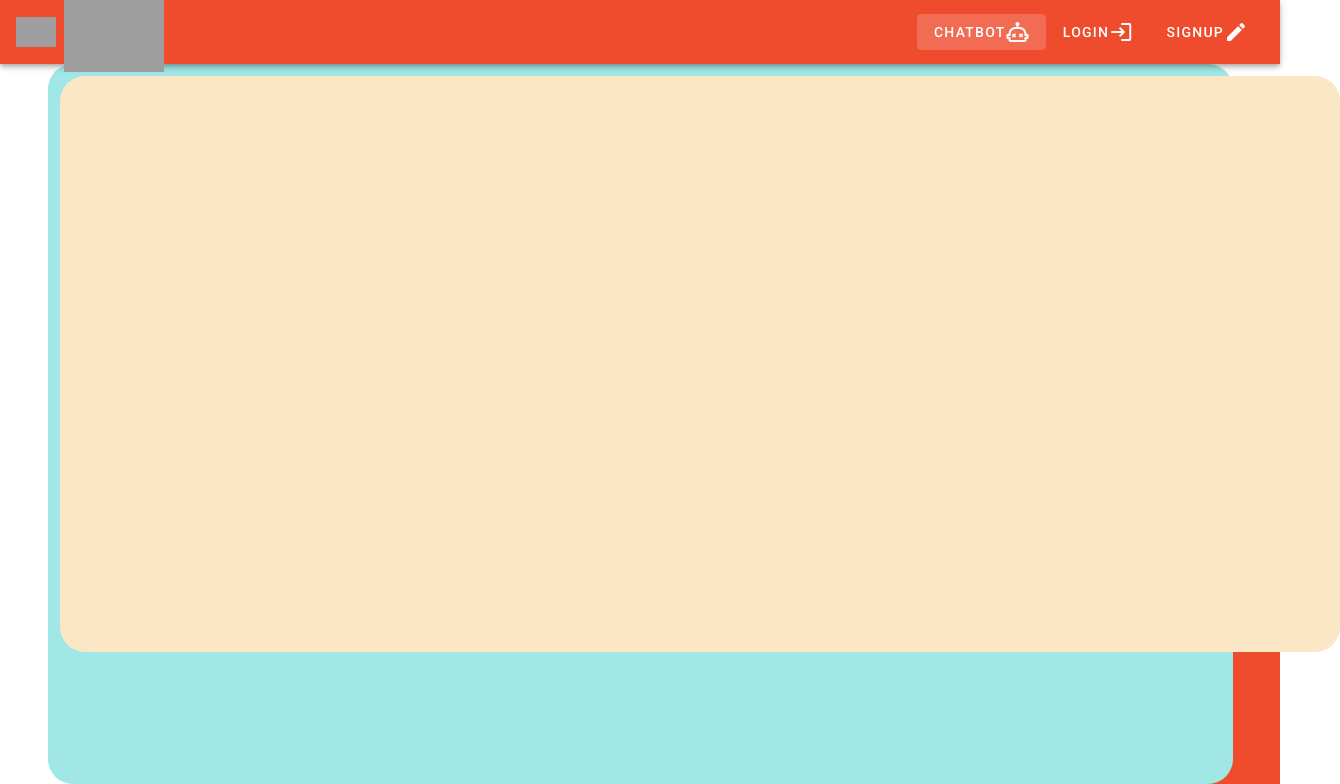
Repository: atout811/pyTorch-Hackathon
Page: /chatbot (app in frontend/)
The author's editor kept a copy of each file at every save. The page is drawn from the files as they stood at one save, then again after the next save.
The browser window is 1280 px wide. The page is 1340 px wide, then 1280 px, so the pictures cover 1340 px, including what lies to the right of the window. The pictures show the whole page.
Pictures or frames that could not be fetched are drawn as grey boxes. The project was rebuilt for these pictures with package versions that can differ from the ones it lists, and the page was loaded fresh each time. Also part of the build but not shown: frontend/vue.config.js, frontend/src/views/Home.vue.

Above is the page before, as saved 2021-10-21 14:54:47.

After the next save:
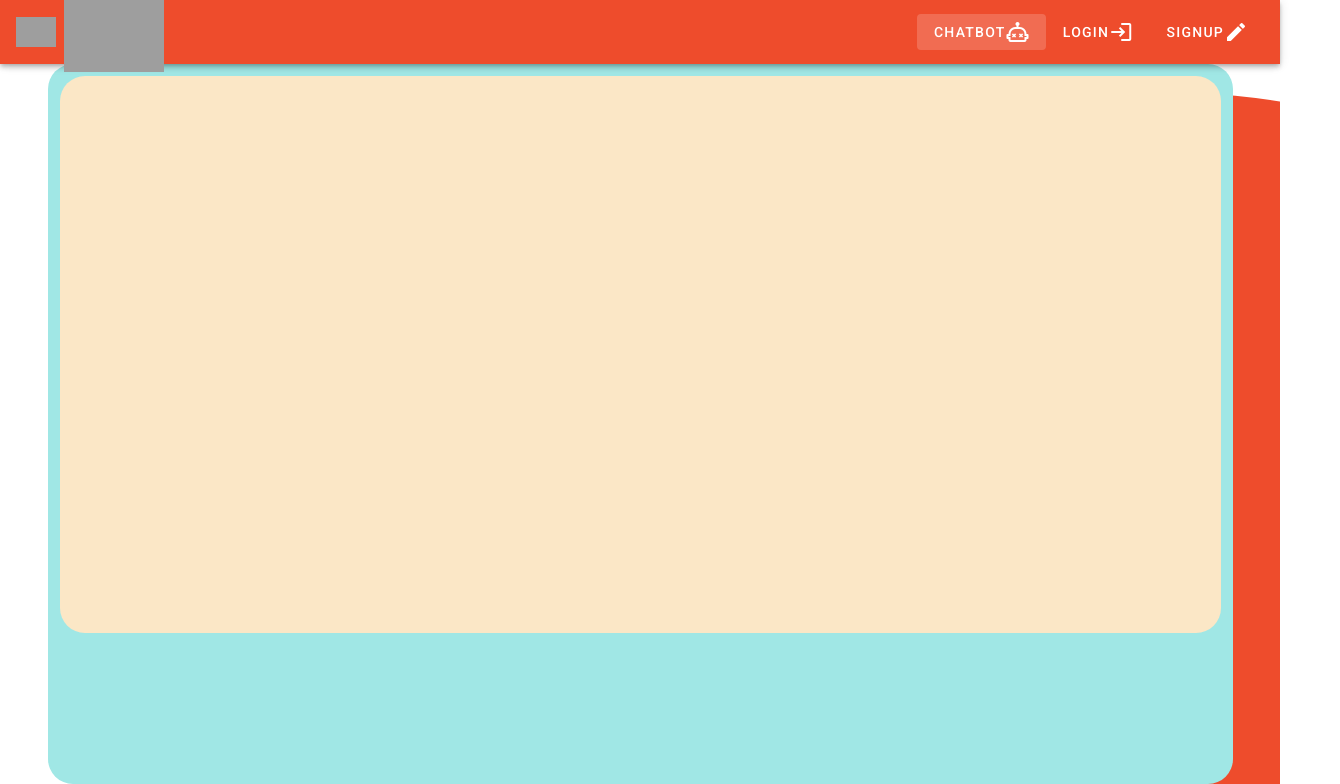
Saved 14 s later.
--- a/frontend/src/views/Chatbot.vue
+++ b/frontend/src/views/Chatbot.vue
@@ -24,8 +24,8 @@ export default {
   border-radius: 25px;
 }
 .chat-container {
-  height: 80vh;
-  width: 100vw;
+  height: 80%;
+  width: 100%;
   /* margin: 10px; */
   background-color: #fbe7c6;
   border-radius: 25px;
